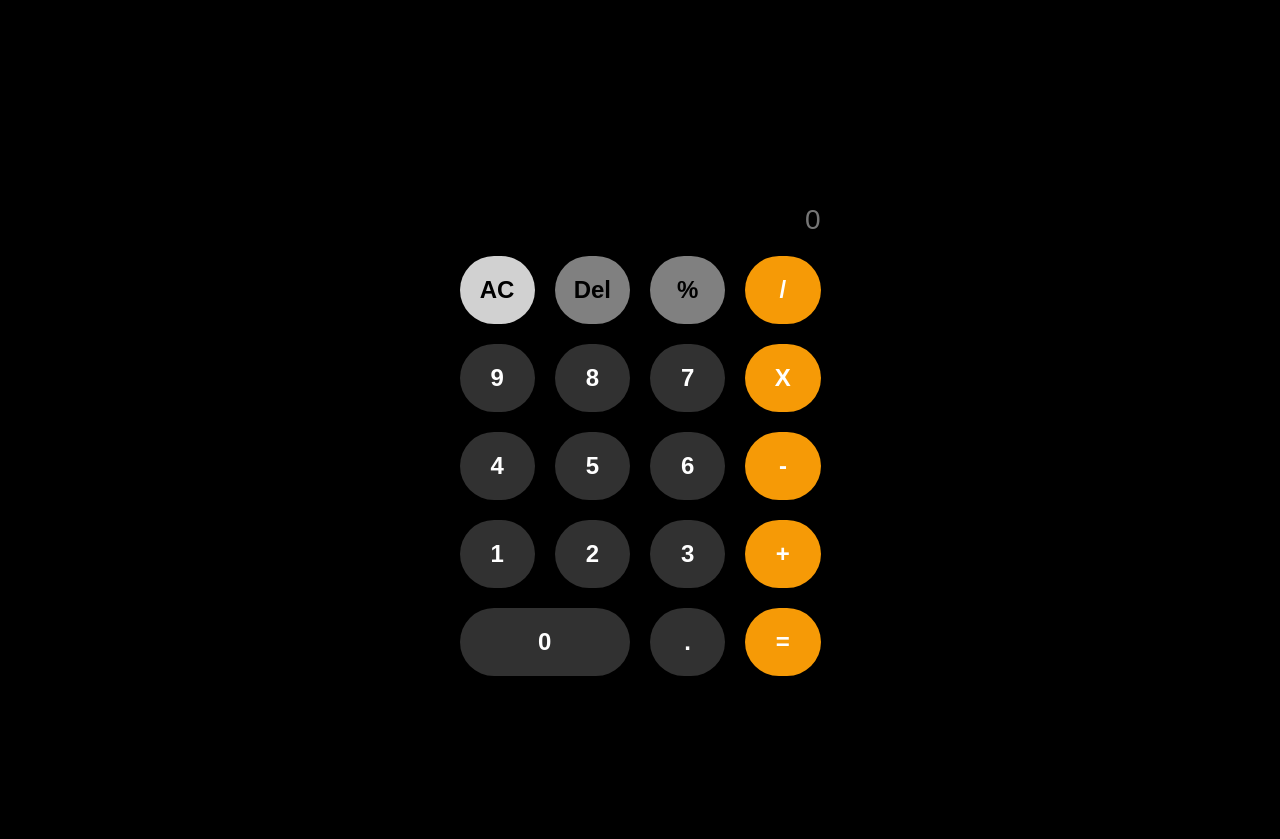
Repository: ble-syn/reactCalculator
Page: /
The author's editor kept a copy of each file at every save. The page is drawn from the files as they stood at one save, then again after the next save.
The browser window is 1280 px wide. The pictures show the whole page.
The pointer rests on the first visible `button`.
The project was rebuilt for these pictures with package versions that can differ from the ones it lists, and the page was loaded fresh each time.

Above is the page before, as saved 2022-10-06 21:24:11.

### src/index.css
*{
  margin: 0;
  box-sizing: border-box;
}

body{
  display: flex;
  justify-content: center;
  align-items: center;
  flex-direction: column;
  background-color: #000;
  color: #fff;
  margin: 12% auto;
}
.container {
  max-width: 1200px;
  padding: 10px;
}
#calculator-display {
  border: none;
  width: 100%;
  text-align: right;
  font-size: 28px;
  padding: 50px 10px 10px;
  color: #fff;
  background-color: #000;
}

.calculator-keys{
  display: grid;
  grid-template-columns: repeat(4, 1fr);
  grid-gap: 20px;
  margin: 10px;
}
button {
  padding: 20px 15px;
  display: grid;
  place-items: center;
  outline: none;
  border-radius: 50px;
  font-weight: 700;
  border: none;
  color: #fff;
  background-color: #313131;
  font-size: 24px;
  cursor: pointer;
}
button:hover {
  background-color: #D1D1D1;
}
.zero {
  grid-column: 1/3;
}
.gray {
  background-color: gray;
  color: #000;
}
.yellow {
  background-color: #F69A06;
}
.yellow:focus{
  background-color: #ffffff;
  color: #F69A06;
}

### src/App.js
import {useState} from "react";

function App() {
  const [numDisplay, setNumDisplay] = useState("")

const numClick = (event) => {
      event.preventDefault()
      let value = event.target.value
      setNumDisplay(numDisplay + value)
}


const deleteNum = () => {
  setNumDisplay(numDisplay.slice(0, -1))
}
const reset = () => {
  setNumDisplay("")
}
const percent = () => {
  setNumDisplay(numDisplay / 100)
}
const equals = () => {
  setNumDisplay(eval(numDisplay))
}

  return (
    <main id="container">
      <div class="calculator">
          <div><input id="calculator-display" type="text" placeholder="0" value={numDisplay} /></div>

          <div class="calculator-keys">
              <button onClick={reset} value=" " class="gray">AC</button>
              <button onClick={deleteNum} value="" class="gray">Del</button>
              <button onClick={percent} value="%" class="gray">%</button>
              <button onClick={numClick} value="/" class="yellow">/</button>
              <button onClick={numClick} value="9">9</button>
              <button onClick={numClick} value="8">8</button>
              <button onClick={numClick} value="7" >7</button>
              <button onClick={numClick} value="*" class="yellow">X</button>
              <button onClick={numClick} value="4">4</button>
              <button onClick={numClick} value="5">5</button>
              <button onClick={numClick} value="6">6</button>
              <button onClick={numClick} value="-" class= "yellow">-</button>
              <button onClick={numClick} value="1">1</button>
              <button onClick={numClick} value="2">2</button>
              <button onClick={numClick} value="3">3</button>
              <button onClick={numClick} value="+" class="yellow">+</button>
              <button onClick={numClick} value="0" class="zero" >0</button>
              <button onClick={numClick} value="." data-action="decimal">.</button>
              <button onClick={equals} value="=" class="yellow">=</button>
          </div>
      </div>
    </main>
  )
}

export default App;

Loaded but not shown: public/index.html (common file); src/index.js (common file); src/reportWebVitals.js (common file); public/manifest.json (common file)

After the next save:
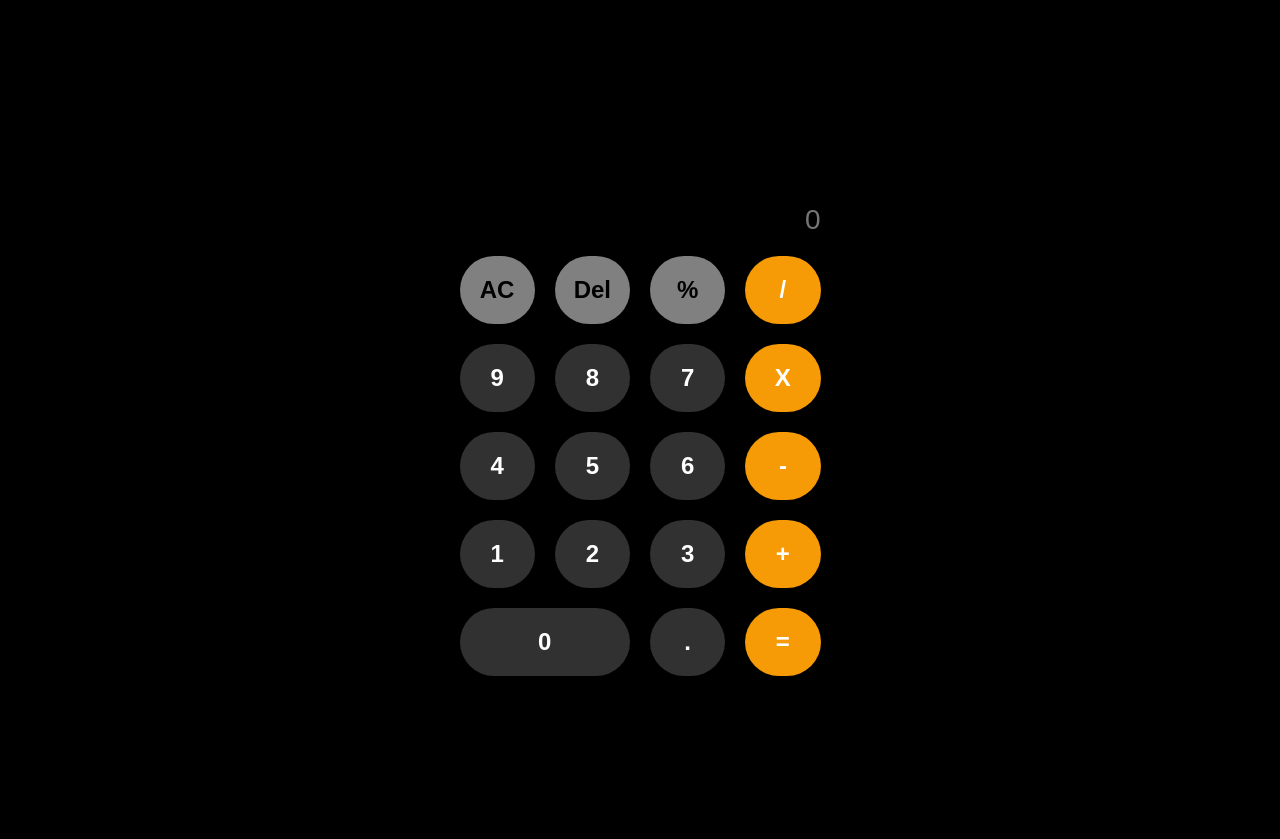
Saved 30 s later.
--- a/src/index.css
+++ b/src/index.css
@@ -45,7 +45,7 @@ button {
   font-size: 24px;
   cursor: pointer;
 }
-button:hover {
+button:focus {
   background-color: #D1D1D1;
 }
 .zero {
